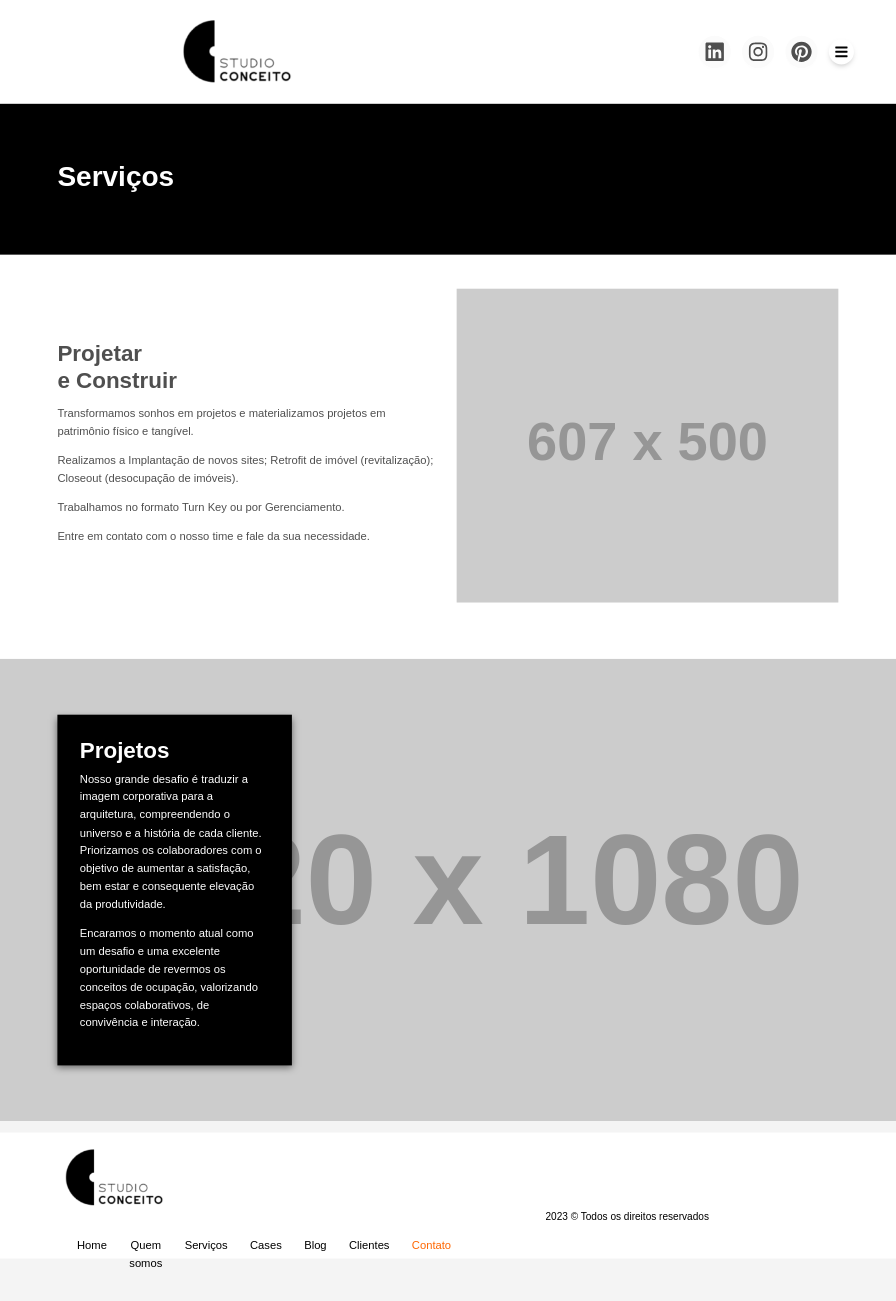
Repository: Upstairs-Agencia/studio-conceito-react
Page: /servicos
These files come from the project's save history. The page is drawn as it stood at one moment and after the next save; the edit follows.
The browser window is 1280 px wide. The pictures show the whole page, at 70% of full size.
The project was rebuilt for these pictures with package versions that can differ from the ones it lists, and the page was loaded fresh each time. Also part of the build but not shown: src/pages/Home.js, src/pages/QuemSomos.js, src/pages/Cases.js, src/pages/Blog.js, src/pages/Clientes.js, src/pages/Contato.js.

Above is the page before, as saved 2024-12-28 03:22:14.

After the next save:
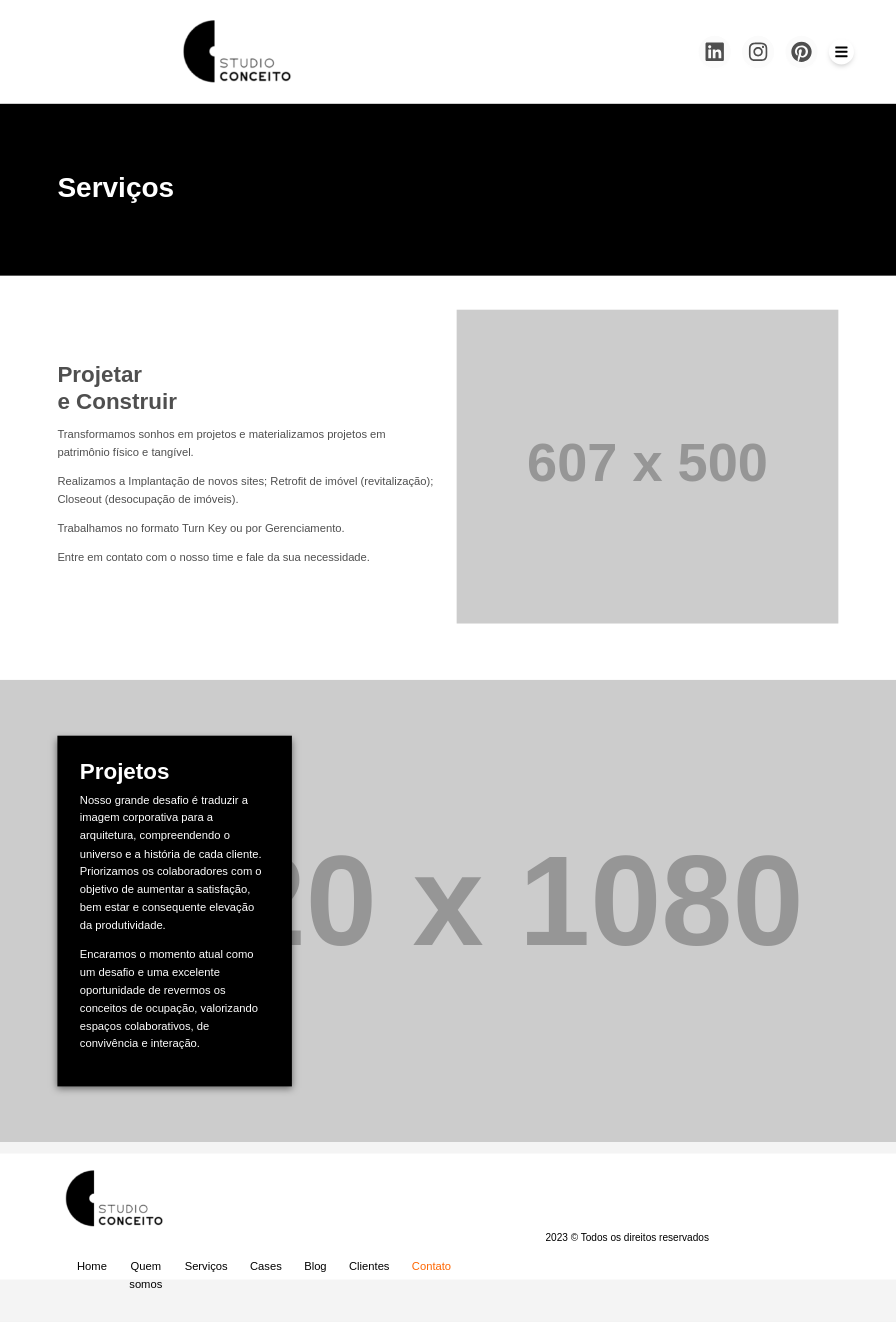
Saved 10 s later.
--- a/src/pages/Servicos.js
+++ b/src/pages/Servicos.js
@@ -16,7 +16,7 @@ const Servicos = () => {
             <MDBContainer>
             <MDBRow
             className="align-items-center"
-            style={{ height: '120px'}}>
+            style={{ height: '150px'}}>
                 <MDBCol md="6">
                 <h1 className="fw-bold">Serviços</h1>
                 </MDBCol>
